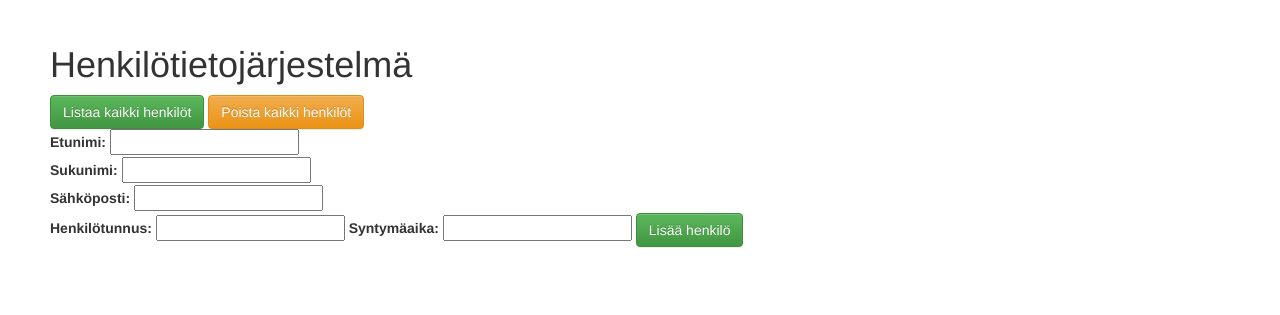
Repository: kuoppal3/henkilotietojarjestelma
Page: http://localhost/
The author's editor kept a record of every edit. The page is drawn from the files as they stood at one moment, then again after the next edit.
The browser window is 1280 px wide. The pictures show the whole page.
The page is served by the project's Node server (server.js).

Above is the page before.
Console error (its wording comes from the project's code and is left out).

After the next edit:
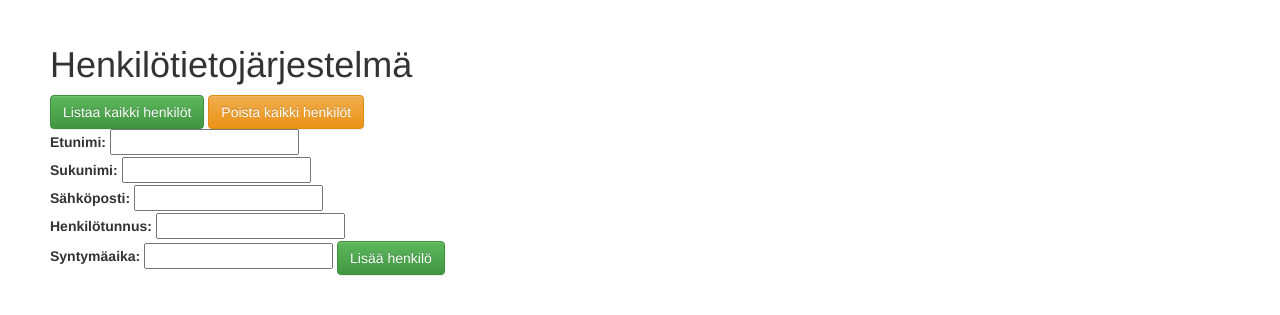
The edit:
--- a/views/index.ejs
+++ b/views/index.ejs
@@ -17,7 +17,7 @@
             <input type="sähköposti"> <br>
 
             <label for="henkilotunnus">Henkilötunnus:</label>
-            <input type="henkilotunnus" class="form-group">
+            <input type="henkilotunnus"> <br>
 
             <label for="syntymaaika">Syntymäaika:</label>
             <input type="syntymaaika" class="form-group">
